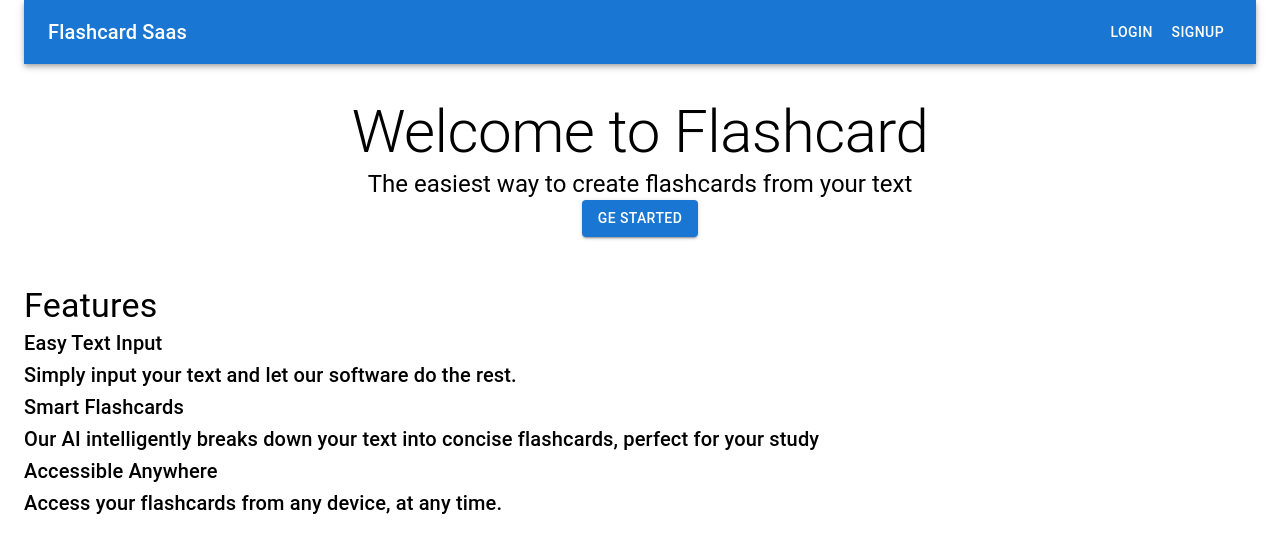
Repository: rakeshpuppala2590/AI-Flashcards-Stripe
Page: /
These files come from the project's save history. The page is drawn as it stood at one moment and after the next save; the edit follows.
The browser window is 1280 px wide. The pictures show the whole page.
The page's requests for data from a server got no answer. The project was rebuilt for these pictures with package versions that can differ from the ones it lists, and the page was loaded fresh each time. Some packages were replaced by stand-ins written for this rebuild. The framework's server and built-in components were replaced by stand-ins that run in the browser. No one was signed in, and anything a server would have sent is missing. Also part of the build but not shown: next.config.mjs.

Above is the page before, as saved 2024-08-12 14:54:25.

After the next save:
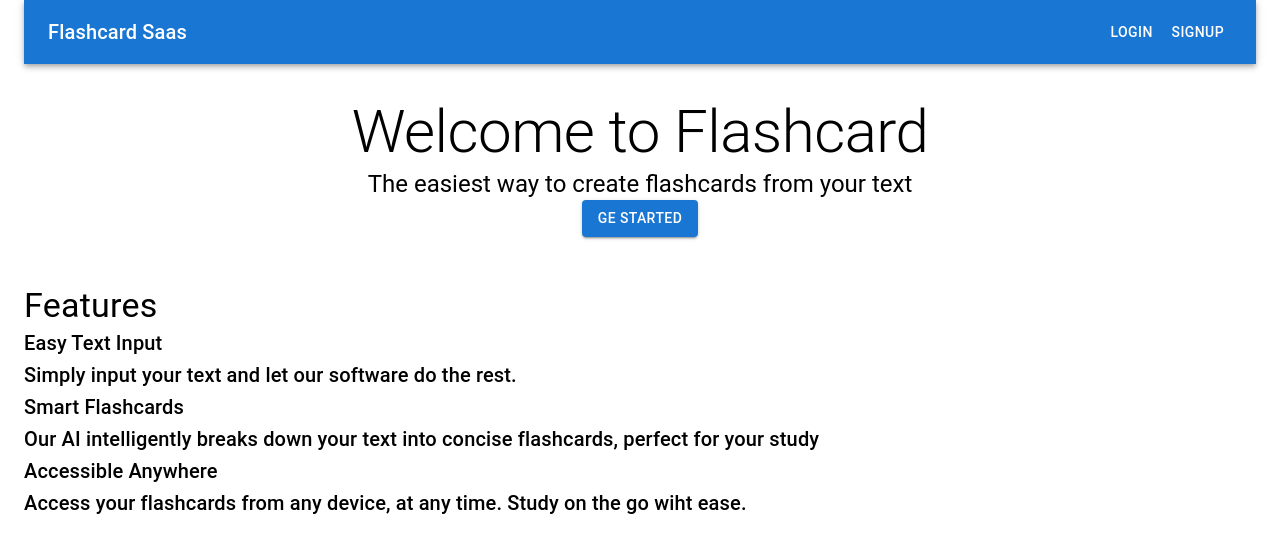
Saved 10 s later.
--- a/src/app/page.js
+++ b/src/app/page.js
@@ -76,7 +76,8 @@ export default function Home() {
             <Typography variant="h6">Accessible Anywhere</Typography>
             <Typography variant="h6"> </Typography>
             <Typography variant="h6">
-              Access your flashcards from any device, at any time.
+              Access your flashcards from any device, at any time. Study on the
+              go wiht ease.
             </Typography>
           </Grid>
         </Grid>
